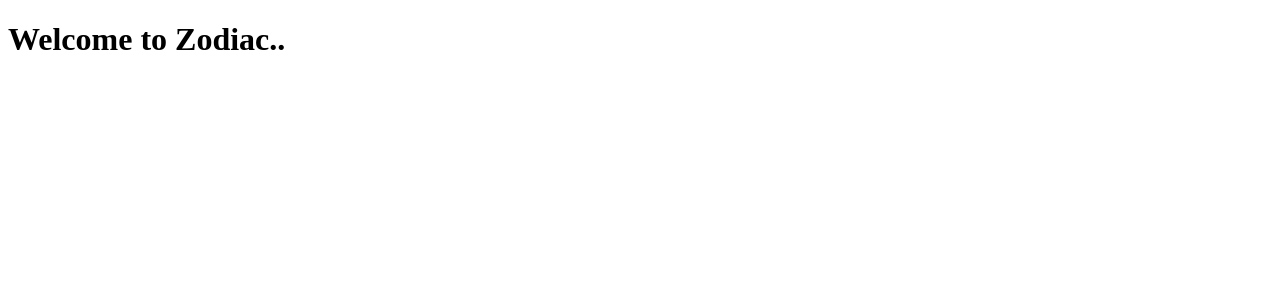
Repository: robertkameni/Zodiac-App
Page: client/index.html
These files come from the project's save history. The page is drawn as it stood at one moment and after a run of saves; the edit follows.
The browser window is 1280 px wide. The pictures show the whole page.

Above is the page before, as saved 2019-06-15 13:51:23.

### client/index.html
<!DOCTYPE html>
<html lang="en">

<head>
    <meta charset="UTF-8">
    <meta name="viewport" content="width=device-width, initial-scale=1.0">
    <meta http-equiv="X-UA-Compatible" content="ie=edge">
    <link rel="stylesheet" href="style.css">
    <title>Your Dailly Horoscope</title>
</head>

<body>
    <h1>Welcome to Zodiac..</h1>

    <script src="main.js"></script>
</body>

</html>

Loaded but not shown: client/main.js (no copy from this time; the picture is the same without it); client/style.css (no stored copy; drawn as an empty file)

After the next 2 saves:
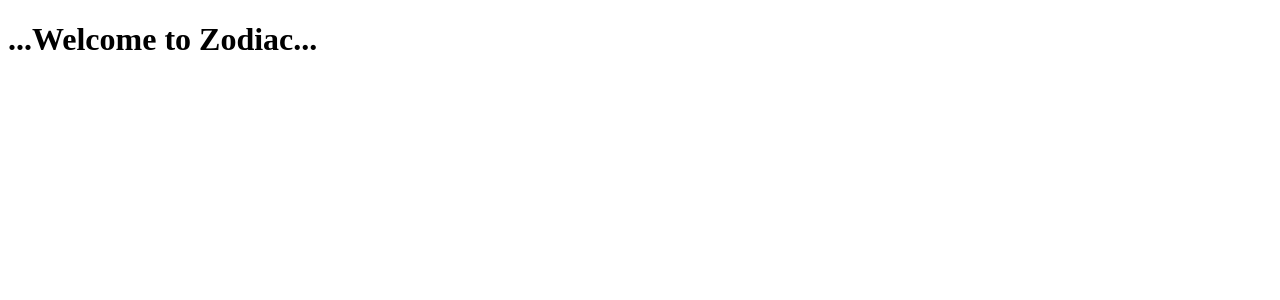
The 2 saves are shown as one change because they came seconds apart.
The last was saved 12 s later.
--- a/client/index.html
+++ b/client/index.html
@@ -10,7 +10,7 @@
 </head>
 
 <body>
-    <h1>Welcome to Zodiac..</h1>
+    <h1>...Welcome to Zodiac...</h1>
 
     <script src="main.js"></script>
 </body>
